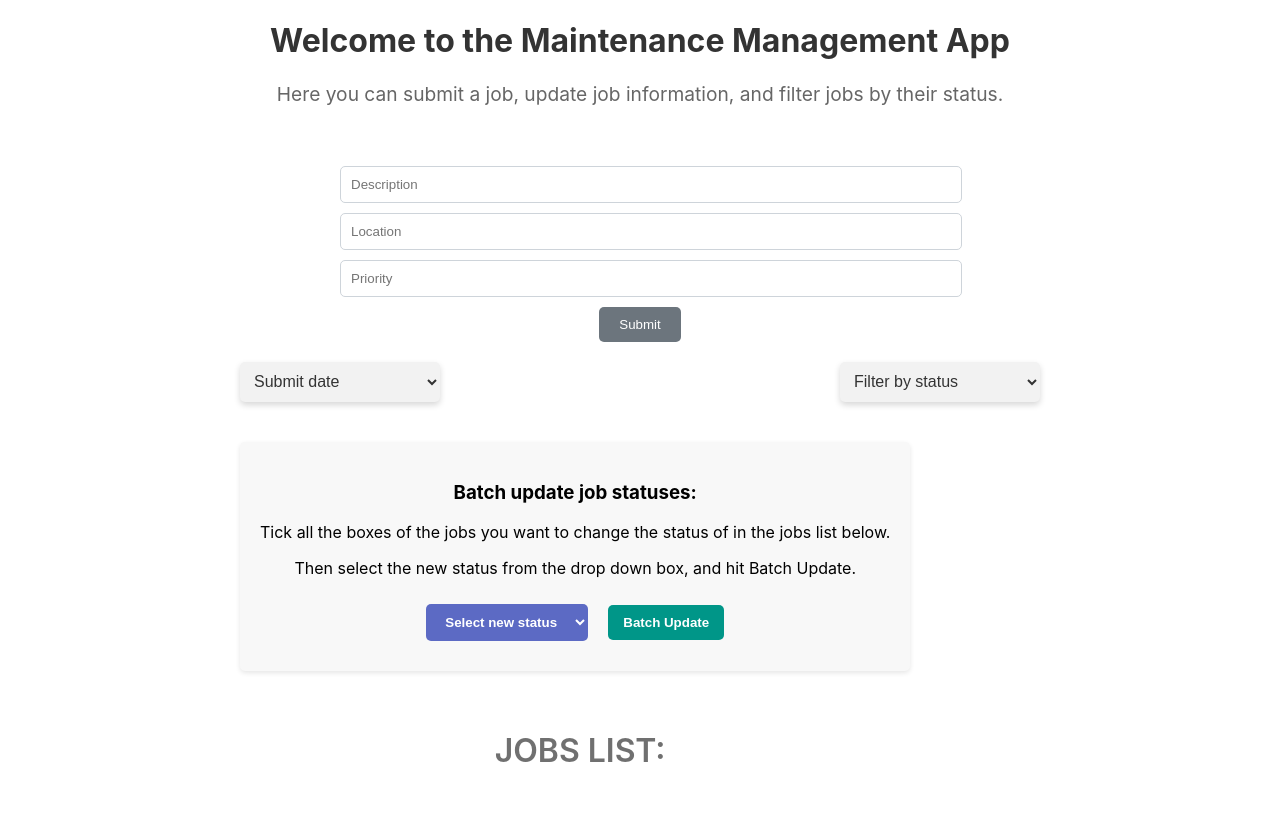
Repository: mikasteyn999/Maintenance-Manager-App
Page: / (app in frontend/)
The author's editor kept a copy of each file at every save. The page is drawn from the files as they stood at one save, then again after the next save.
The browser window is 1280 px wide. The pictures show the whole page.
The page's requests for data from a server got no answer. The project was rebuilt for these pictures with package versions that can differ from the ones it lists, and the page was loaded fresh each time. No one was signed in, and anything a server would have sent is missing. Also part of the build but not shown: frontend/src/style/Job.css, frontend/src/components/Job.js, frontend/src/style/JobUpdateForm.css, frontend/src/components/JobUpdateForm.js.

Above is the page before, as saved 2023-06-05 17:52:48.

After the next save:
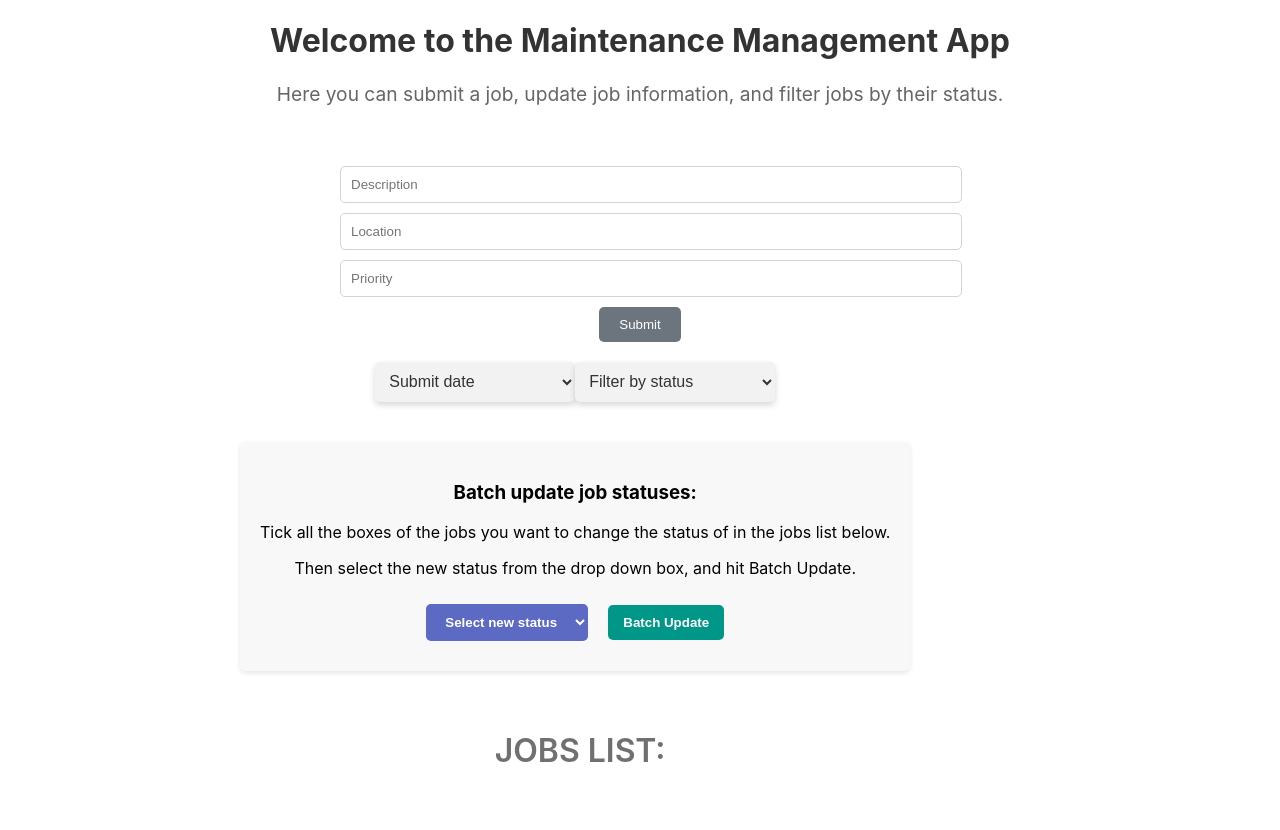
Saved 5 min 28 s later.
--- a/frontend/src/components/JobsList.js
+++ b/frontend/src/components/JobsList.js
@@ -122,7 +122,7 @@ const JobsList = () => {
 
         {/* Add JobForm here */}
         <JobForm addNewJob={addNewJob} />
-
+      <div className='control-container'>
         {/* Add sort order dropdown */}
         <select className='select-sort' value={sortOrder} onChange={handleSortChange}>
           <option value="">Sort by</option>
@@ -151,7 +151,7 @@ const JobsList = () => {
           </select>
           <button onClick={handleBatchUpdate}>Batch Update</button>
         </div>
-
+      </div>
         {/* Display success message */}
         {batchUpdateMessage && <p className="success-message">{batchUpdateMessage}</p>}
 
